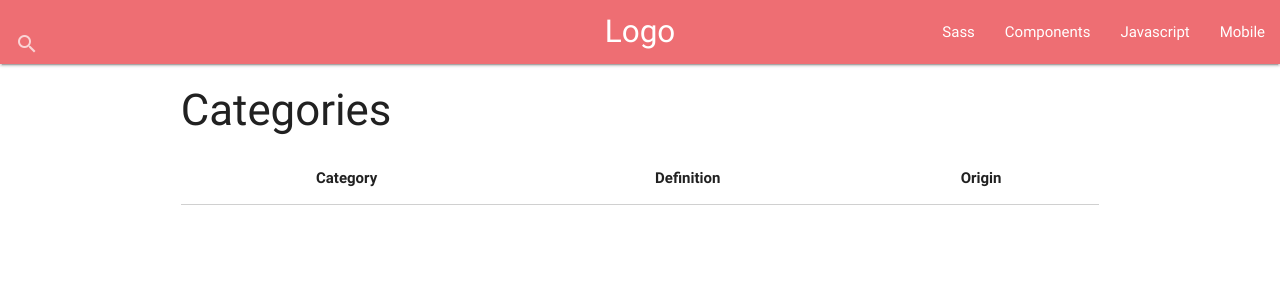
Repository: kalkiboru111/irish-dictionary-of-received-ideas
Page: http://localhost/get_categories
The author's editor kept a record of every edit. The page is drawn from the files as they stood at one moment, then again after the next edit.
The browser window is 1280 px wide. The pictures show the whole page.
Some web libraries are served in a nearby version. The page is served by the project's application, run on Flask 3 (app.py). Queries for data that is not in the repository find no rows.

Above is the page before.
Console error: TypeError: $(...).formSelect is not a function

After the next edit:
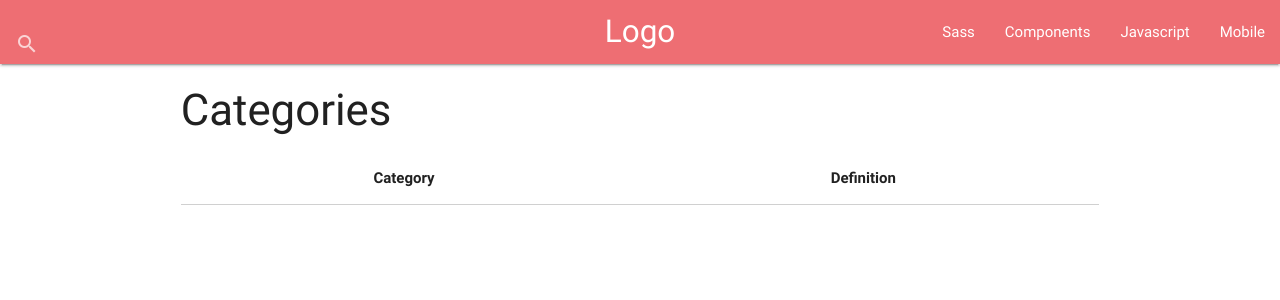
The edit:
--- a/templates/categories.html
+++ b/templates/categories.html
@@ -10,7 +10,7 @@
 
               <th>Category</th>
               <th>Definition</th>
-              <th>Origin</th>
+
           </tr>
         </thead>
         <tbody>
